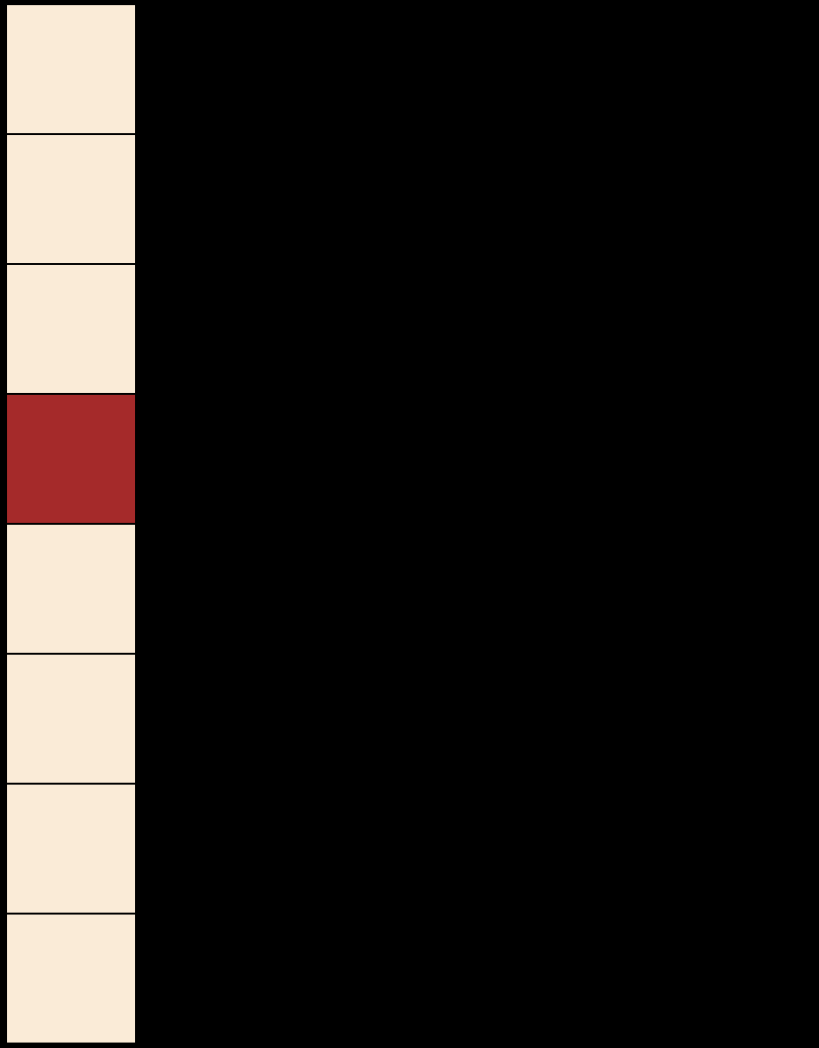
Repository: sephinejo/frontend-browser-101
Page: browser/xy.html
These files come from the project's save history. The page is drawn as it stood at one moment and after the next save; the edit follows.
The browser window is 1280 px wide. The pictures show the whole page, at 64% of full size.

Above is the page before, as saved 2023-05-10 14:32:19.
Console error: SyntaxError: Unexpected token '}'

After the next save:
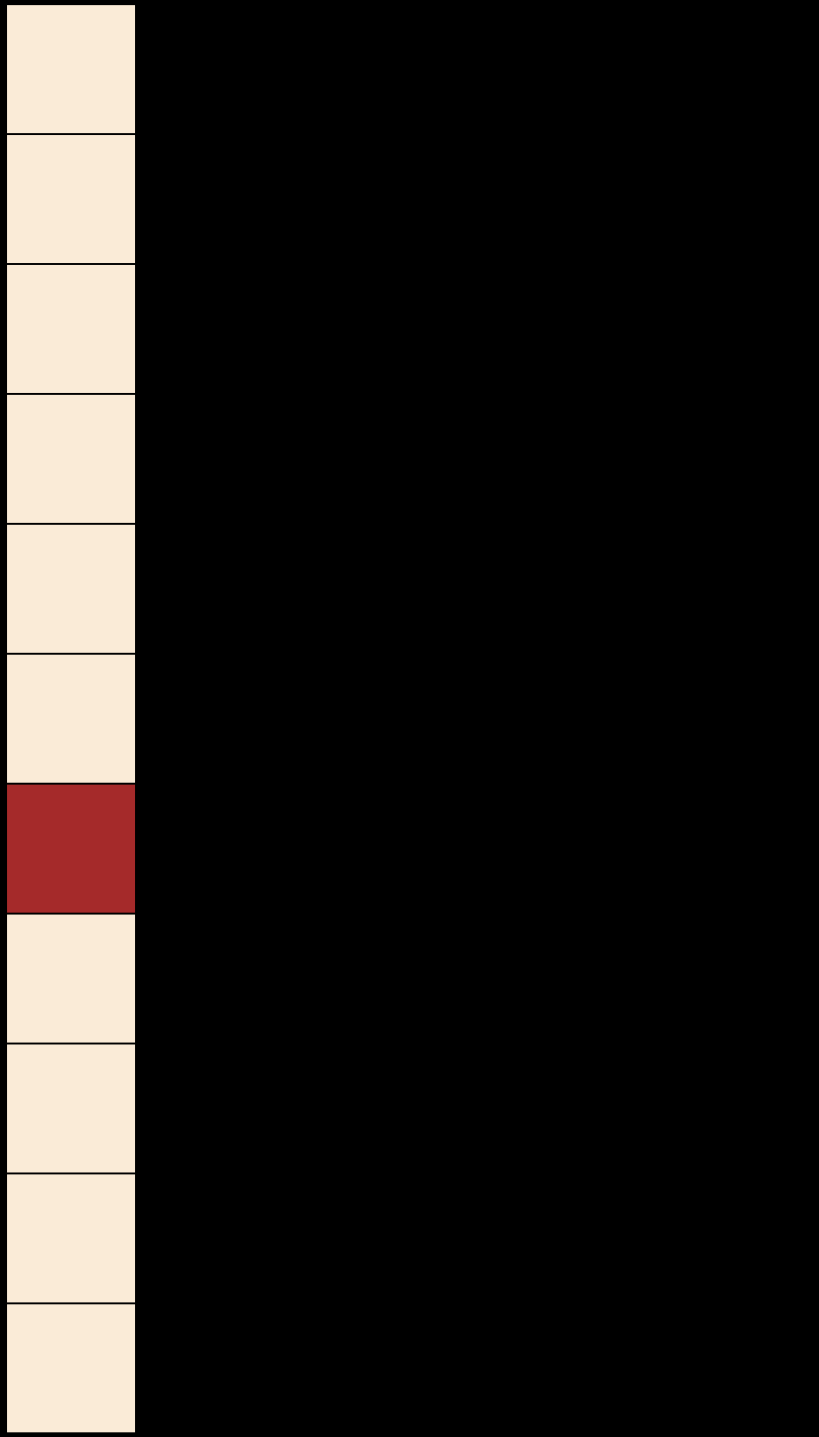
Saved 15 s later.
--- a/browser/xy.html
+++ b/browser/xy.html
@@ -24,6 +24,9 @@
     <div class="box"></div>
     <div class="box"></div>
     <div class="box"></div>
+    <div class="box"></div>
+    <div class="box"></div>
+    <div class="box"></div>
     <div class="box special"></div>
     <div class="box"></div>
     <div class="box"></div>
